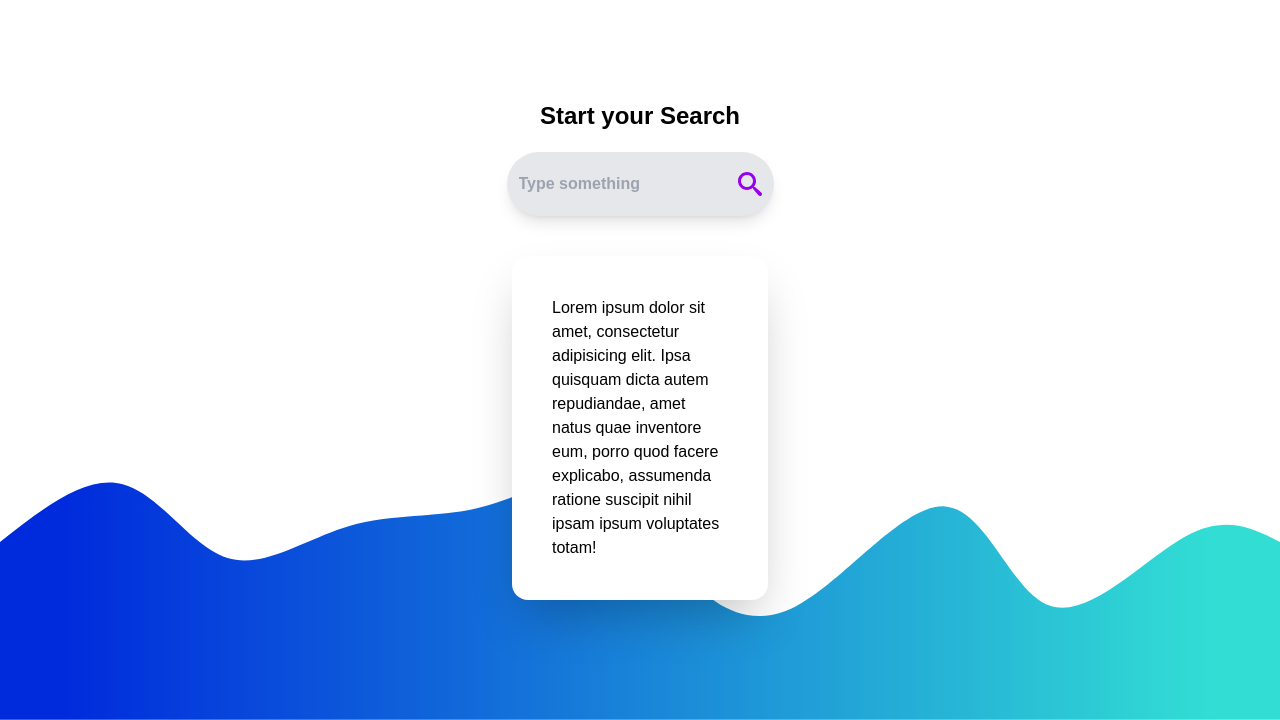
Repository: evergreenx/dictionary-octo
Page: /
The author's editor kept a copy of each file at every save. The page is drawn from the files as they stood at one save, then again after the next save.
The browser window is 1280 px wide. The pictures show the whole page.
The project was rebuilt for these pictures with package versions that can differ from the ones it lists, and the page was loaded fresh each time. The framework's server and built-in components were replaced by stand-ins that run in the browser. Also part of the build but not shown: next.config.js.

Above is the page before, as saved 2022-04-30 15:16:13.

After the next save:
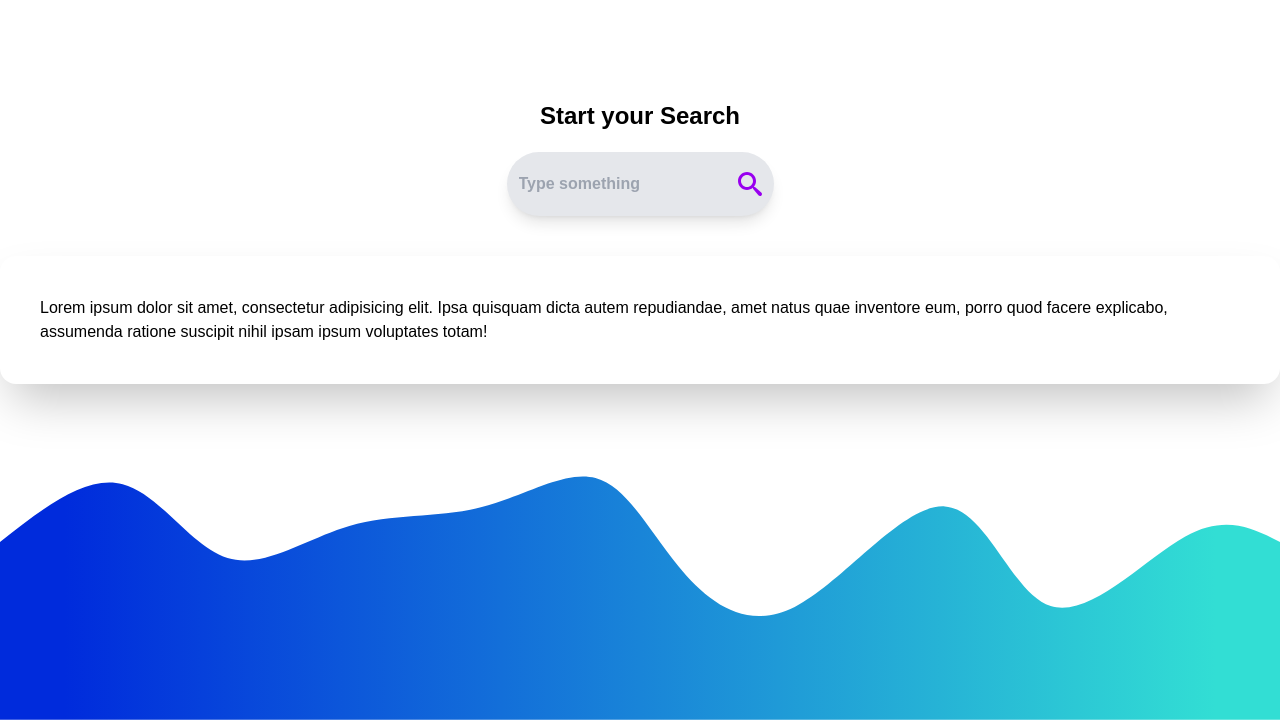
Saved 23 s later.
--- a/components/RandomWord.js
+++ b/components/RandomWord.js
@@ -2,7 +2,7 @@ import React from "react";
 
 const RandomWord = () => {
   return (
-    <div className="bg-white rounded-2xl shadow-2xl p-10 w-64 container mx-auto">
+    <div className="bg-white rounded-2xl shadow-2xl p-10 w- container mx-auto">
       Lorem ipsum dolor sit amet, consectetur adipisicing elit. Ipsa quisquam
       dicta autem repudiandae, amet natus quae inventore eum, porro quod facere
       explicabo, assumenda ratione suscipit nihil ipsam ipsum voluptates totam!
